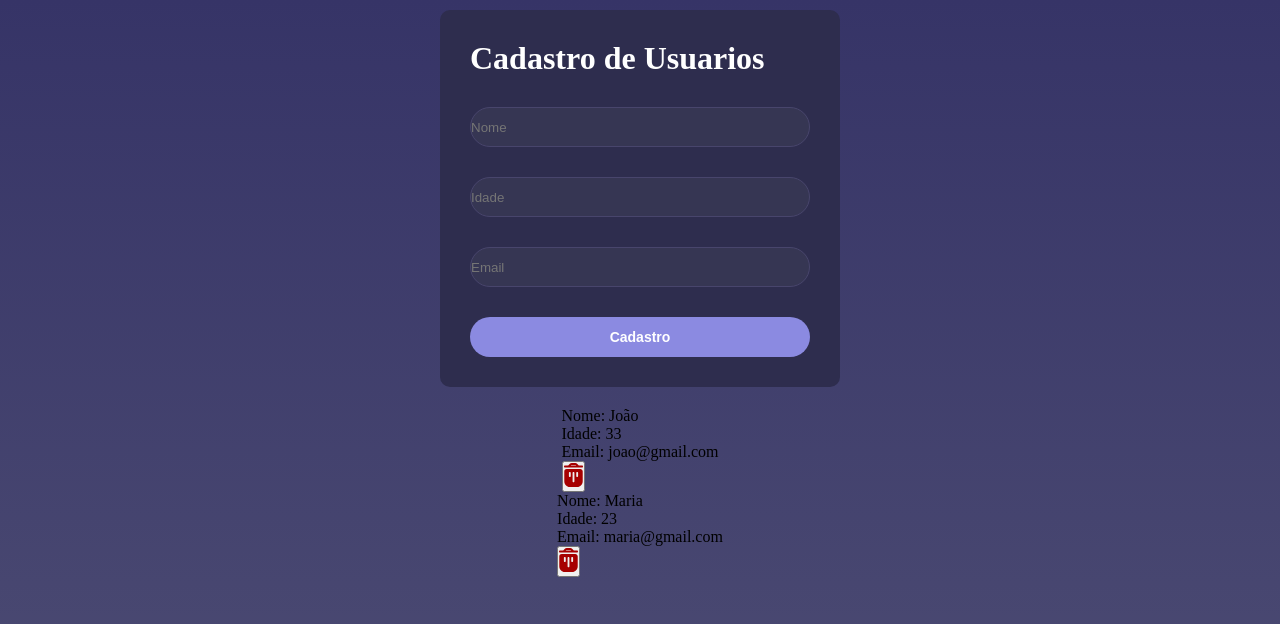
Repository: Rubenslourenco/api-react-node
Page: / (app in devclub-cadastro/)
These files come from the project's save history. The page is drawn as it stood at one moment and after the next save; the edit follows.
The browser window is 1280 px wide. The pictures show the whole page.
The project was rebuilt for these pictures with package versions that can differ from the ones it lists, and the page was loaded fresh each time. Also part of the build but not shown: devclub-cadastro/vite.config.js.

Above is the page before, as saved 2025-01-27 10:47:36.

After the next save:
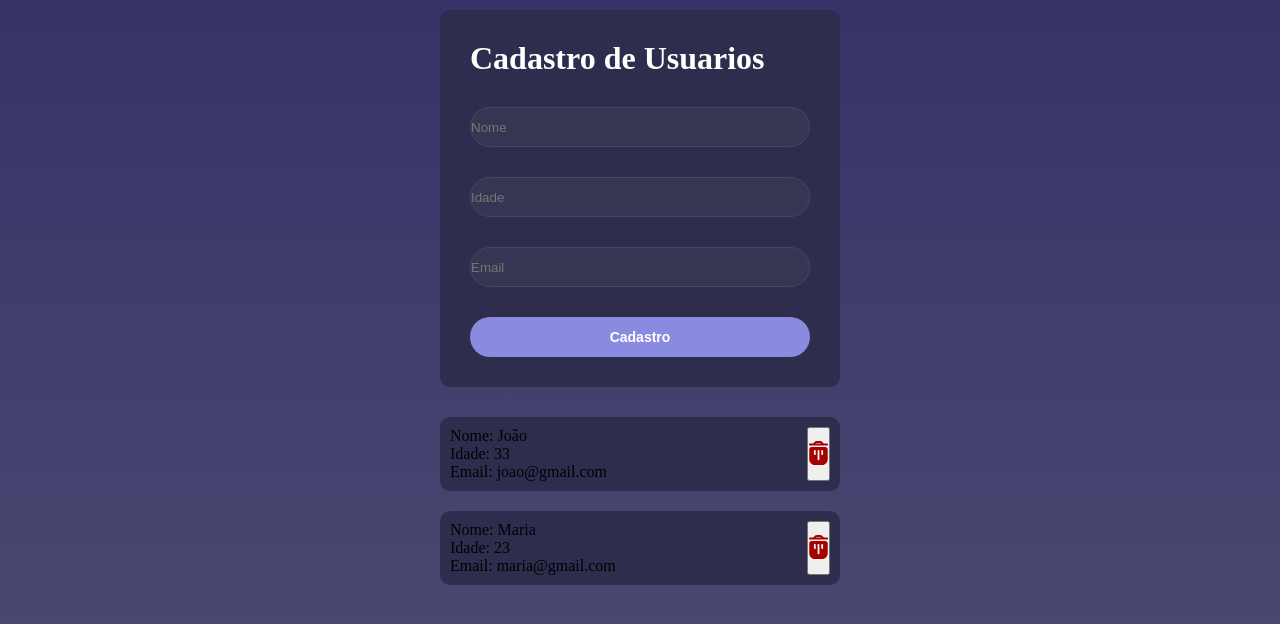
Saved 109 s later.
--- a/devclub-cadastro/src/pages/Home/style.css
+++ b/devclub-cadastro/src/pages/Home/style.css
@@ -43,3 +43,13 @@ form {
     background-color: #363653;
   }
 }
+
+.card {
+  display: flex;
+  justify-content: space-between;
+  background-color: #2e2d4e;
+  margin: 10px;
+  padding: 10px;
+  width: 400px;
+  border-radius: 10px;
+}
